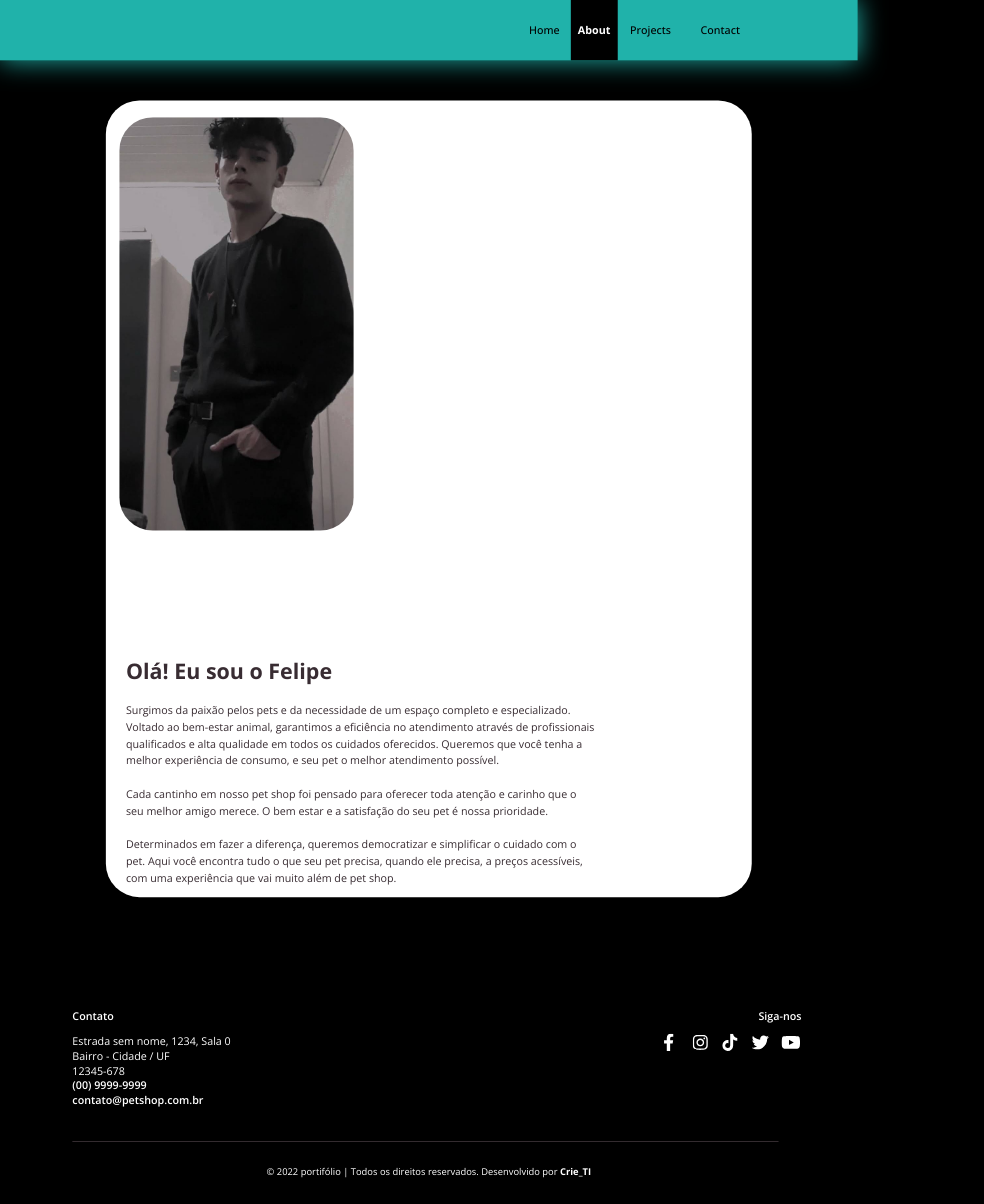
Repository: Fel1pit0/CRIE_TI
Page: Projetos/Portifólio/about.html
An editor plug-in stored every save of this project. The page is shown before and after the next save, followed by the edit.
The browser window is 1280 px wide. The page is 1280 px wide, then 1468 px, so the pictures cover 1468 px, including what lies to the right of the window. The pictures show the whole page, at 67% of full size.

Above is the page before, as saved 2022-05-25 15:12:18.

After the next save:
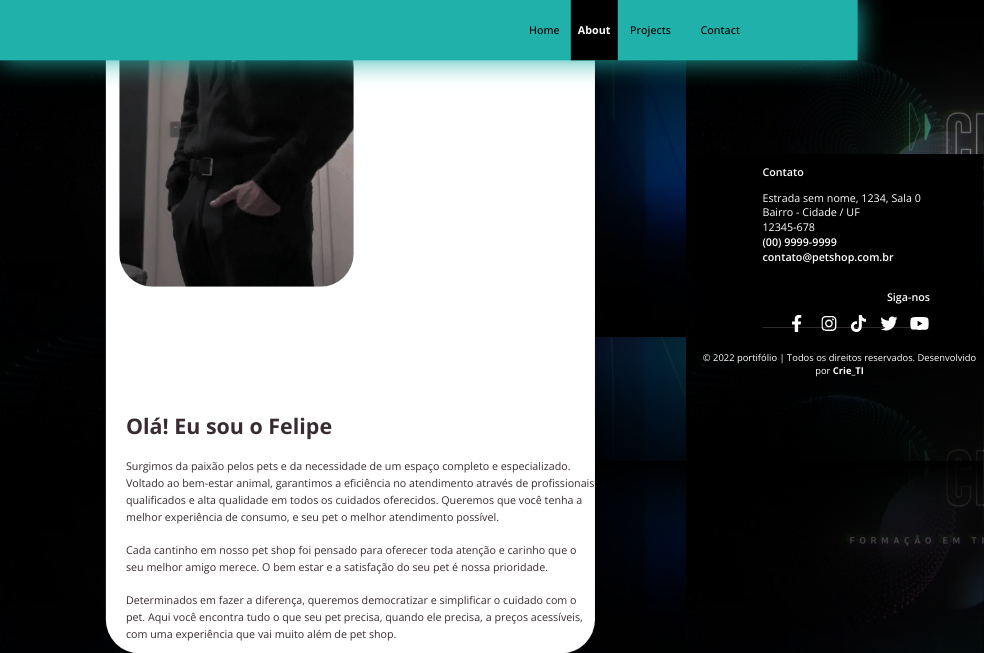
Saved 18 s later.
--- a/Projetos/Portifólio/about.html
+++ b/Projetos/Portifólio/about.html
@@ -10,7 +10,7 @@
     <link rel="preconnect" href="https://fonts.gstatic.com" crossorigin>
     <link href="https://fonts.googleapis.com/css2?family=Roboto+Mono:wght@100&display=swap" rel="stylesheet">
 </head>
-<body>
+<body class="banner">
     <header>
         <a href="index.html"></a>
         <nav class="pages">
